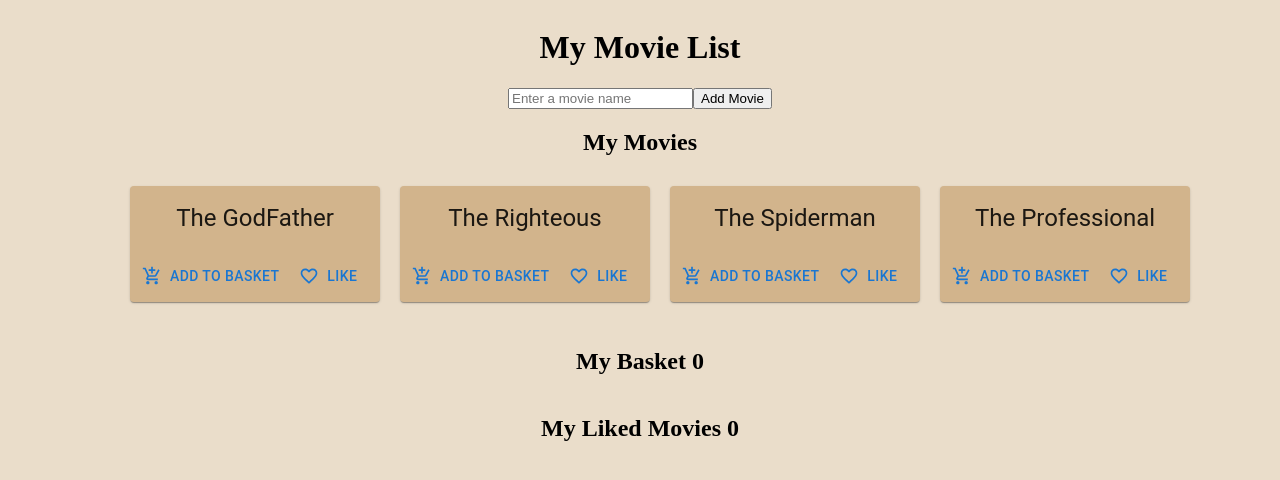
Repository: sinchana-p-iVoyant/redux-movie-store
Page: /
The author's editor kept a copy of each file at every save. The page is drawn from the files as they stood at one save, then again after a run of saves.
The browser window is 1280 px wide. The pictures show the whole page.
The project was rebuilt for these pictures with package versions that can differ from the ones it lists, and the page was loaded fresh each time. Also part of the build but not shown: vite.config.ts.

Above is the page before, as saved 2024-02-15 12:34:06.

### index.html
<!doctype html>
<html lang="en">
  <head>
    <meta charset="UTF-8" />
    <link rel="icon" type="image/svg+xml" href="/vite.svg" />
    <meta name="viewport" content="width=device-width, initial-scale=1.0" />
    <title>Redux Movie Store</title>
  </head>
  <body>
    <div id="root"></div>
    <script type="module" src="/src/main.tsx"></script>
  </body>
</html>

### src/main.tsx
import React from 'react'
import ReactDOM from 'react-dom/client'
import App from './App.tsx'
// import './index.css'
import store from './store/index';
import { Provider } from 'react-redux'


ReactDOM.createRoot(document.getElementById('root')!).render(
  <React.StrictMode>
    <Provider store={store}>
      <App />
    </Provider>
  </React.StrictMode>,
)

### src/App.tsx
import { useState } from "react";
// import './App.css'
import { useSelector, useDispatch } from "react-redux";
import {Movie} from './store/index'
import {Card, CardComponent, CardActions, Button, Typography, CardContent} from '@mui/material'
import { Favorite, FavoriteBorder, AddShoppingCart, RemoveShoppingCart } from "@mui/icons-material";
import './App.css'

const App = () => {
  const [movieTitle, setMovieTitle] = useState("");

  // 🔥 a. To Trigger from UI.
  const dispatch = useDispatch();

  // 🔥 b. To update the UI, based on state updates in the store.

  // movies state (array)
  // const movies = useSelector(state => state.movies)
  // ------> return value: state.movies

  // Note:
  // The function passed to `useSelector` selects a slice of the state that we are interested in.
  // The function parameter specifies the `structure` of the Redux state object.
  // It's `type` annotated in TypeScript to ensure the type safety.
  // specifying the structure of the Redux state object using TypeScript type annotations enhances code quality, readability, and maintainability while providing additional safety checks and tooling support during development.

  const movies = useSelector(
    (state : {
      movies: { title: string; liked: boolean; inBasket: boolean }[];
    }) => state.movies
  );

  // const basket = useSelector((state) => state.basket);
  const basket = useSelector((state: { basket: string[] }) => state.basket);

  // const likedMovies = useSelector((state) => state.likedMovies);
  const likedMovies = useSelector((state: { likedMovies: string[] }) => state.likedMovies);


  // 4. Action Creator
  const handleAddMovie = () => {
    const newMovie = {
      title: movieTitle,
      inBasket: false,
      liked: false
    }
    dispatch({ type: "ADD_MOVIE", payload: newMovie });
    setMovieTitle(""); // Reset back to Empty String
  };

  const handleAddToBasket = (movie: string) => {
    dispatch({ type: "ADD_TO_BASKET", payload: movie });
  };
  const handleAddToLikedMovies = (movie: string) => {
    dispatch({ type: "ADD_TO_LIKED_MOVIE", payload: movie });
  };

  return (
    <div className="container">
      <div>
        <h1>My Movie List</h1>
      </div>
      <div className="add-movie">
        <input
          type="text"
          placeholder="Enter a movie name"
          value={movieTitle}
          onChange={(e) => setMovieTitle(e.target.value)}
        />
        <button onClick={handleAddMovie}>Add Movie</button>
      </div>
      <div>
        <h2>My Movies</h2>
        <ul className="movie-list">
          {movies.map((movie: Movie, index) => (
            <Card key={index} className="movie-card" style={{backgroundColor: "#D2B48C"}}>
              <CardContent>
                <Typography variant="h5" component='h2'>
                  {movie.title}
                </Typography>
              </CardContent>

              <CardActions style={{ color: 'pink' }}>
                <Button
                  startIcon={movie.inBasket ? <RemoveShoppingCart /> : <AddShoppingCart />}
                  onClick={() => handleAddToBasket(movie.title)}>
                  {movie.inBasket ? "Remove From Basket" : "Add To Basket"}
                </Button>
                <Button
                  startIcon={movie.liked ? <Favorite /> : <FavoriteBorder />}
                  onClick={() => handleAddToLikedMovies(movie.title)}>
                  {movie.liked ? "Dislike" : "Like"}
                </Button>
              </CardActions>

            </Card>
          ))}
        </ul>
      </div>
      <div>
        <h2>My Basket {basket.length}</h2>
        <ul>
          {basket.map((basket, index) => (
            <li key={index}>{basket}</li>
          ))}
        </ul>
      </div>
      <div>
        <h2>My Liked Movies {likedMovies.length}</h2>
        <ul>
          {likedMovies.map((likedMovie, index) => (
            <li key={index}>{likedMovie}</li>
          ))}
        </ul>
      </div>
    </div>
  );
};

export default App;

// 1. Save the new movie in the local state.
// 2. Add the new movie in local state to the Store.
// 3. Fetch the movies array, from the store

// 3. a. To display in - My Basket & My Liked Movies

### src/store/index.tsx
import { createStore } from "redux";

export type Movie = {
    title: string,
    inBasket: boolean,
    liked: boolean
}

export type State = {
    movies: Movie[],
    basket: string[],
    likedMovies: string[]
}

type Action =
  | { type: "ADD_MOVIE"; payload: Movie } |
    { type: 'ADD_TO_BASKET', payload: string } |
    { type: "ADD_TO_LIKED_MOVIE", payload: string };

// InitialState
const initialState: State = {
    movies: [
      {title: 'The GodFather', inBasket: false, liked: false},
      {title: 'The Righteous', inBasket: false, liked: false},
      {title: 'The Spiderman', inBasket: false, liked: false},
      {title: 'The Professional', inBasket: false, liked: false},
    ],
    basket: [],
    likedMovies: []
}

// Reducers - Make Immutable Updates
const reducer = (state: State = initialState, action: Action): State => {
  switch (action.type) {
    case 'ADD_MOVIE':
      return {
        ...state,
        movies: [...state.movies, action.payload]
      }
    case 'ADD_TO_BASKET':
      return {
        ...state,
          movies: state.movies.map(movie => movie.title === action.payload ? {...movie, inBasket: !movie.inBasket } : movie),
        basket: state.basket.includes(action.payload) ? state.basket.filter(movie => movie !== action.payload) : [...state.basket, action.payload]
      }
    case 'ADD_TO_LIKED_MOVIE':
      return {
        ...state,
        movies: state.movies.map(movie => movie.title === action.payload ? {...movie, liked: !movie.liked} : movie) ,
        likedMovies: state.likedMovies.includes(action.payload) ? state.likedMovies.filter(movie => movie !== action.payload) :  [...state.likedMovies, action.payload]
      }
    default:
      return state
  }
}

// Store
const store = createStore(reducer)
export default store

// 1. State
// 2. Reducer
// 3. Store

### src/App.css
body {
  background-color: #EADDCA;
}

h1, h2{
  text-align: center;
}

.container {
  display: flex;
  flex-direction: column;
  align-items: center;
  justify-content: center;
}

.movie-list {
  display: flex;
  flex-wrap: wrap;
  justify-content: center;
}

.movie-card {
  width: 250px;
  margin: 10px;
}

.card-content {
  padding: 16px;
}

.card-actions {
  display: flex;
  justify-content: space-between;
}


















/* #root {
  max-width: 1280px;
  margin: 0 auto;
  padding: 2rem;
  text-align: center;
} */

/*
.logo {
  height: 6em;
  padding: 1.5em;
  will-change: filter;
  transition: filter 300ms;
}
.logo:hover {
  filter: drop-shadow(0 0 2em #646cffaa);
}
.logo.react:hover {
  filter: drop-shadow(0 0 2em #61dafbaa);
}

@keyframes logo-spin {
  from {
    transform: rotate(0deg);
  }
  to {
    transform: rotate(360deg);
  }
}

@media (prefers-reduced-motion: no-preference) {
  a:nth-of-type(2) .logo {
    animation: logo-spin infinite 20s linear;
  }
}

.card {
  padding: 2em;
}

.read-the-docs {
  color: #888;
} */

/* ------------------------- */

After the next 2 saves:
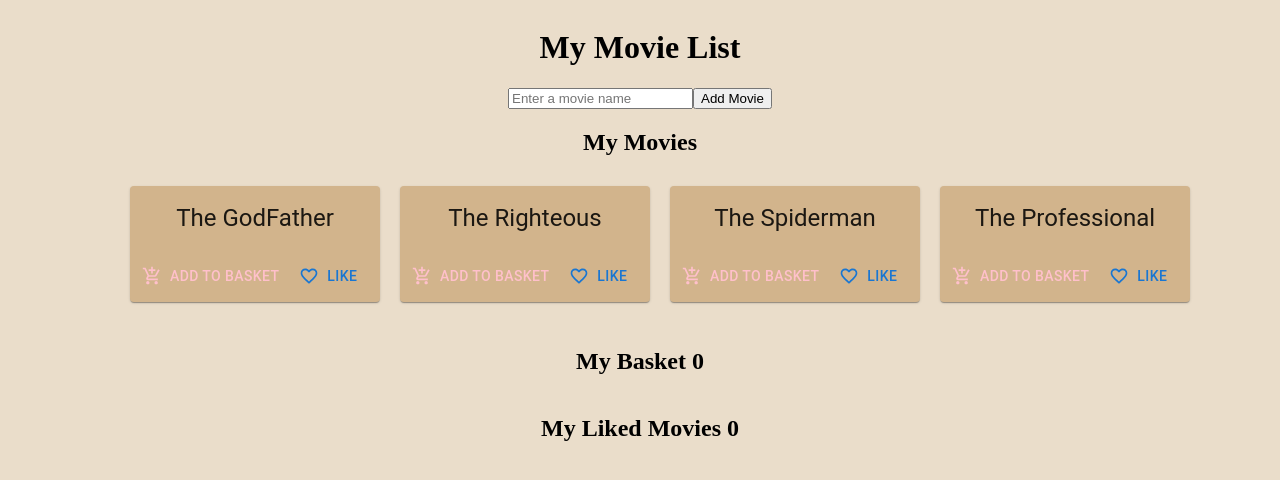
The 2 saves are shown as one change because they came seconds apart.
The last was saved 10 s later.
--- a/src/App.tsx
+++ b/src/App.tsx
@@ -80,8 +80,8 @@ const App = () => {
                 </Typography>
               </CardContent>
 
-              <CardActions style={{ color: 'pink' }}>
-                <Button
+              <CardActions >
+                <Button style={{ color: 'pink' }}
                   startIcon={movie.inBasket ? <RemoveShoppingCart /> : <AddShoppingCart />}
                   onClick={() => handleAddToBasket(movie.title)}>
                   {movie.inBasket ? "Remove From Basket" : "Add To Basket"}
